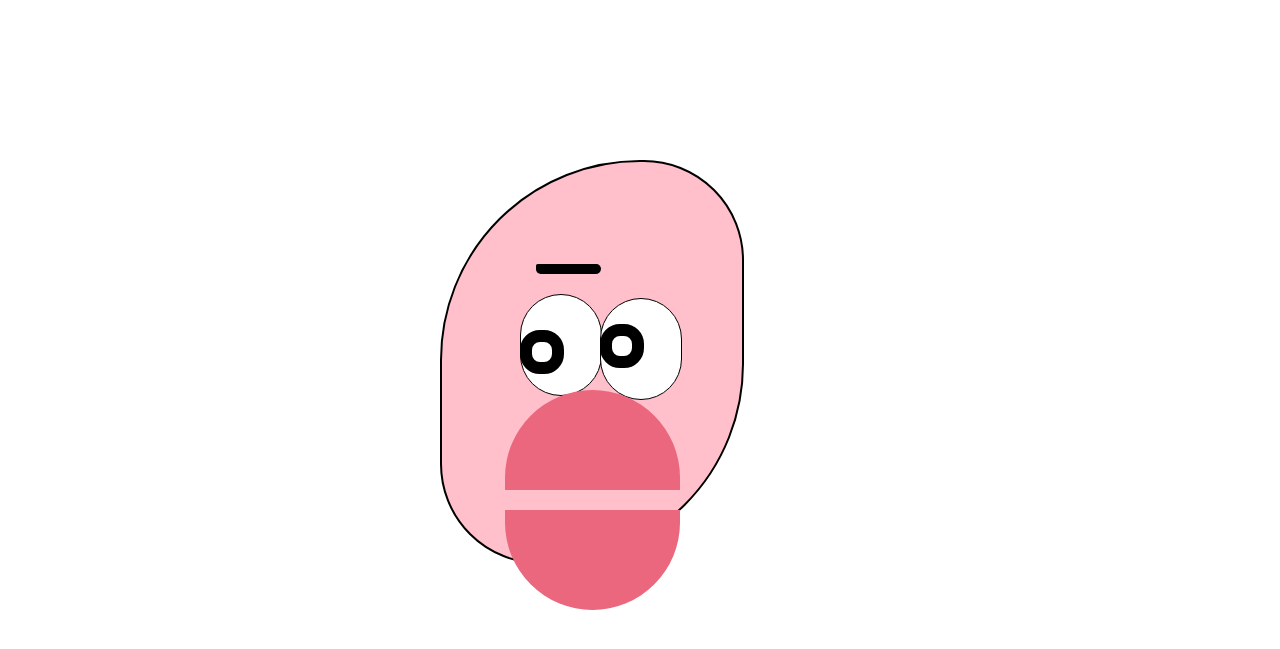
Repository: rodwestmoreland/1150
Page: cssCritter/index.html
An editor plug-in stored every save of this project. The page is shown before and after the next save, followed by the edit.
The browser window is 1280 px wide. The pictures show the whole page.

Above is the page before, as saved 2021-01-25 20:43:38.

### cssCritter/index.html
<!DOCTYPE html>
<html lang="en">
<head>
    <meta charset="UTF-8">
    <meta name="viewport" content="width=device-width, initial-scale=1.0">
    <link rel="stylesheet" href="style.css">
    <title>Welcome to SD 761</title>
</head>
<body>
    <div class="wrapper">
        <div class="object">  <div class="face"></div>
        <div class="left-eyebrow"></div>
          <div class="left-eye"></div>

          <div class="right-eye"></div>
          <div class="mouth"></div>

          <div class="left-pupil"></div>

          <div class="right-pupil"></div>

      </div>

</body>
</html>

### cssCritter/style.css
.wrapper{
    position: absolute;
     top: 50%;
   margin-top:-200px;
     left: 50%;
   margin: -200px 0 0 -200px;
 }

 .face{
   width: 300px;
   height: 400px;
   border: solid 2px #000;
   background-color: pink;
   border-radius: 200px 100px;
   z-index: -1;
 }


 .left-eye{
   width: 80px;
   height: 100px;
   border: solid 1px #000;
   background-color: #fff;
   border-radius: 90px;
   margin-top: 20px;
   margin-left: 5em;
   z-index: 2;
 }
 .left-pupil{
    width: 20px;
    height: 20px;
    border: solid 12px #000;
    background-color: #fff;
    border-radius: 20px;
    margin-top: -280px;
    margin-left: 5em;
    z-index: 3;
  }
 .right-eye{
    width: 80px;
    height: 100px;
    border: solid 1px #000;
    background-color: #fff;
    border-radius: 90px;
    margin-top: -98px;
    margin-left: 10em;
    z-index: 2;
  }
  .right-pupil{
    width: 20px;
    height: 20px;
    border: solid 12px #000;
    background-color: #fff;
    border-radius: 20px;
    margin-top: -50px;
    margin-left: 10em;
    z-index: 3;
  }

 .left-eyebrow{
   width: 65px;
   height: 10px;
   background-color: #000;
   top: 50%;
   margin-top: -300px;
   margin-left: 6em;
   border-radius: 30px 80px 90px;
   z-index: 1;
 }


  .right-eyebrow{
    width: 65px;
    height: 10px;
    background-color: #000;
    top: 50%;
    margin-top: -300px;
    margin-left: 26em;
    border-radius: 30px 80px 90px;
    z-index: 1;
  }
 .mouth{
    border-top: none;

    border-top: 100px solid rgb(235, 103, 125);
    -webkit-border-radius: 50px;

    border-bottom: 100px solid rgb(235, 103, 125);
    -webkit-border-radius: 100px;
    border-radius: 100px;
    height: 20px;
    width: 175px;
    margin: -10px auto 0;
    z-index: 10;
 }

After the next save:
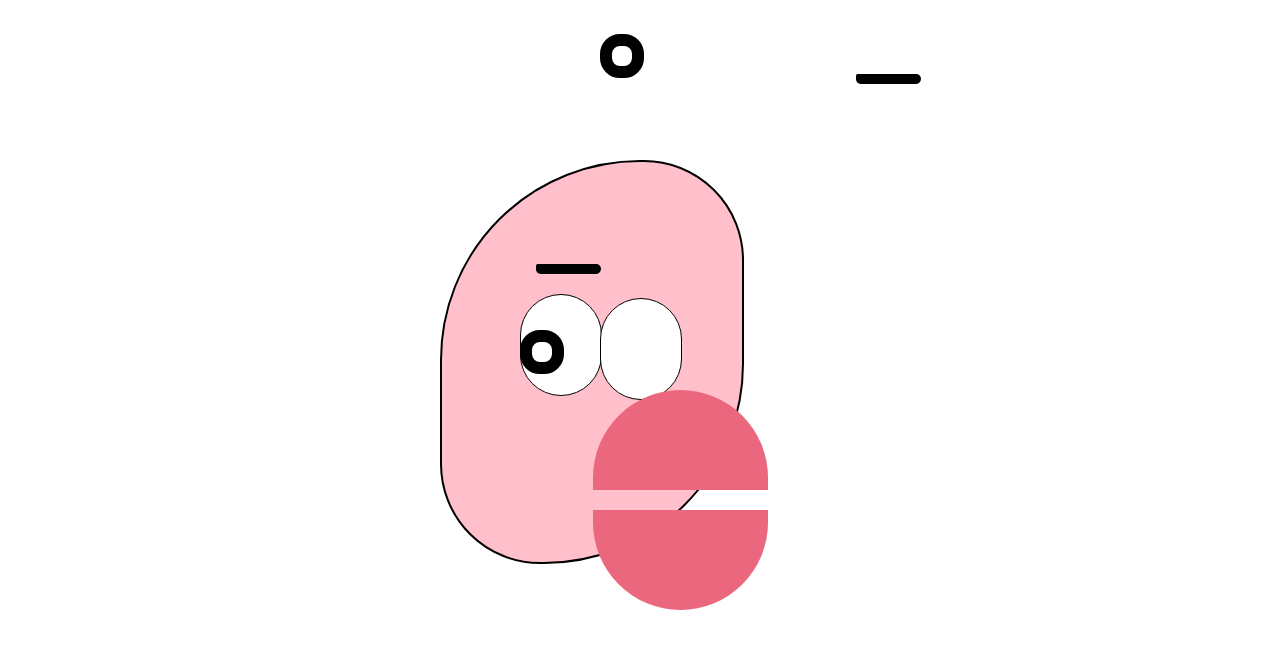
Saved 5 s later.
--- a/cssCritter/index.html
+++ b/cssCritter/index.html
@@ -16,7 +16,7 @@
           <div class="mouth"></div>
 
           <div class="left-pupil"></div>
-
+          <div class="right-eyebrow"></div>
           <div class="right-pupil"></div>
 
       </div>

After the save that followed:
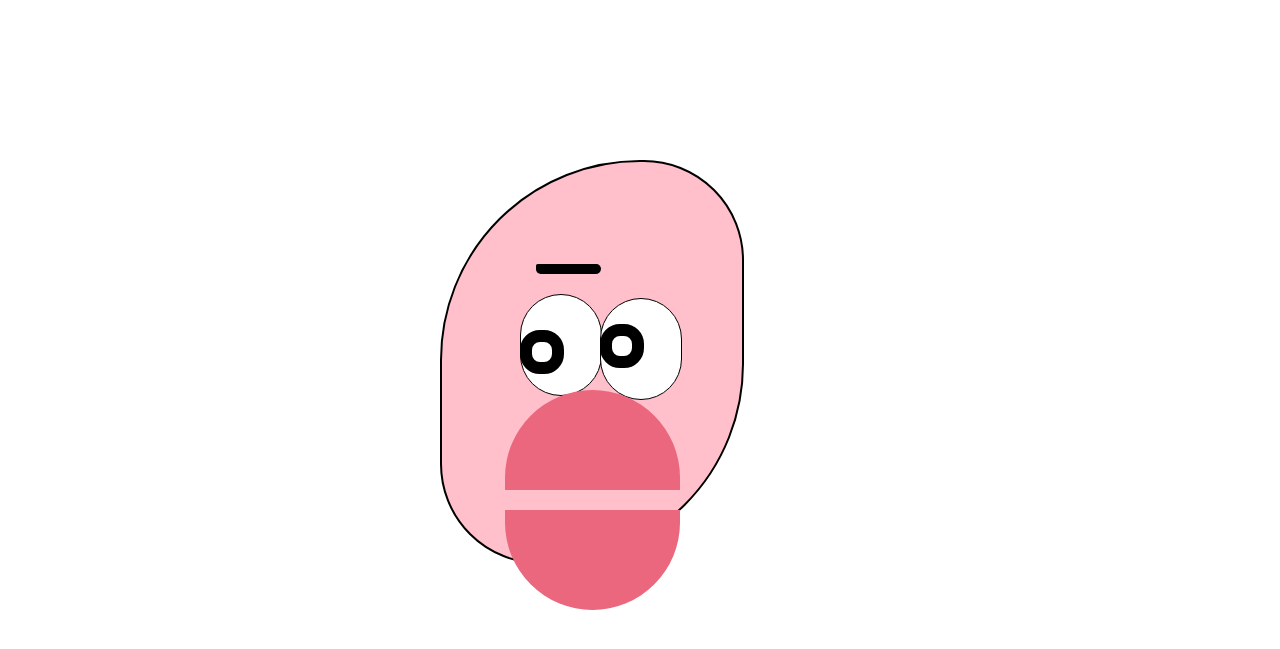
Saved 6 s later.
--- a/cssCritter/index.html
+++ b/cssCritter/index.html
@@ -16,7 +16,7 @@
           <div class="mouth"></div>
 
           <div class="left-pupil"></div>
-          <div class="right-eyebrow"></div>
+
           <div class="right-pupil"></div>
 
       </div>
